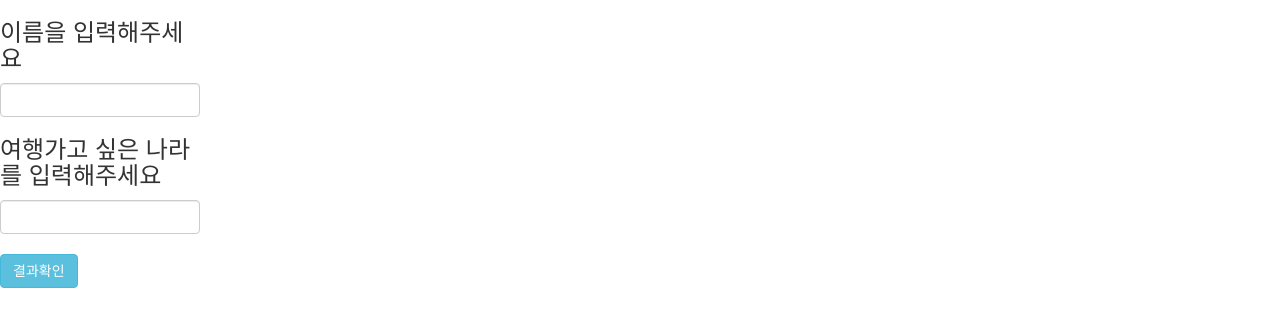
Repository: jungbee2/jungproject
Page: http://localhost/JstlProject/day0330/ex4_choose.jsp
These files come from the project's save history. The page is drawn as it stood at one moment and after the next save; the edit follows.
The browser window is 1280 px wide. The pictures show the whole page.
Some web fonts or font styles are not loaded; a fallback is used. The page is served by Tomcat 9. Other server files are loaded and not shown.

Above is the page before, as saved 2023-03-30 02:09:12.

### JstlProject/src/main/webapp/day0330/ex4_choose.jsp
<%@ page language="java" contentType="text/html; charset=utf-8"
	pageEncoding="utf-8"%>
<%@ taglib uri="http://java.sun.com/jsp/jstl/core" prefix="c"%>
<%@ taglib uri="http://java.sun.com/jsp/jstl/fmt" prefix="fmt"%>
<!DOCTYPE html>
<html>
<head>
<meta charset="utf-8">
<title>Insert title here</title>

<link
	href="https://fonts.googleapis.com/css2?family=Anton&family=Edu+VIC+WA+NT+Beginner:wght@600&family=Gamja+Flower&family=Single+Day&family=Jua&family=Nanum+Pen+Script&display=swap"
	rel="stylesheet">
<link rel="stylesheet"
	href="https://maxcdn.bootstrapcdn.com/bootstrap/3.4.1/css/bootstrap.min.css">
<script src="https://code.jquery.com/jquery-3.6.3.js"></script>

</head>

<body>
<fmt:requestEncoding value="utf-8"/>
<form action="ex4_choose.jsp" method="post" style="width:200px;">
<h3>이름을 입력해주세요</h3>
<input type="text" name="irum" class="form-control">
<h3>여행가고 싶은 나라를 입력해주세요</h3>
<input type="text" name="nara" class="form-control">
<br>
<button type="submit" class="btn btn-info">결과확인</button>
</form>




</body>
</html>

After the next save:
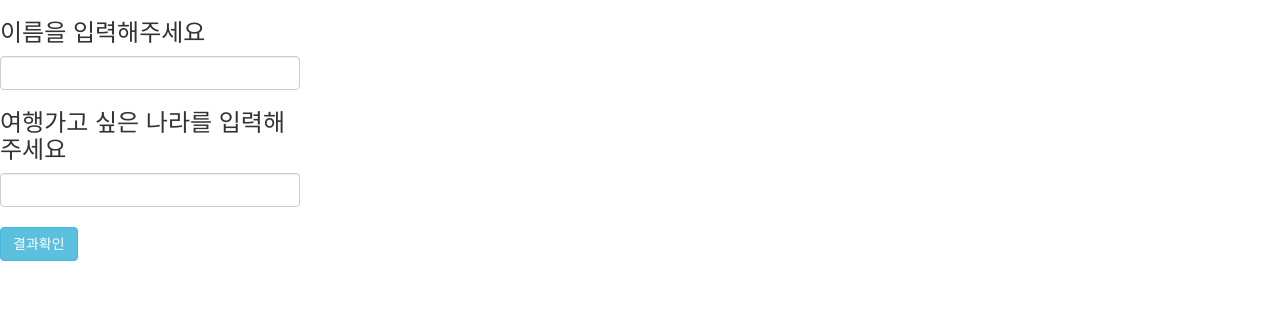
Saved 35 s later.
--- a/JstlProject/src/main/webapp/day0330/ex4_choose.jsp
+++ b/JstlProject/src/main/webapp/day0330/ex4_choose.jsp
@@ -19,7 +19,7 @@
 
 <body>
 <fmt:requestEncoding value="utf-8"/>
-<form action="ex4_choose.jsp" method="post" style="width:200px;">
+<form action="ex4_choose.jsp" method="post" style="width:300px;">
 <h3>이름을 입력해주세요</h3>
 <input type="text" name="irum" class="form-control">
 <h3>여행가고 싶은 나라를 입력해주세요</h3>
